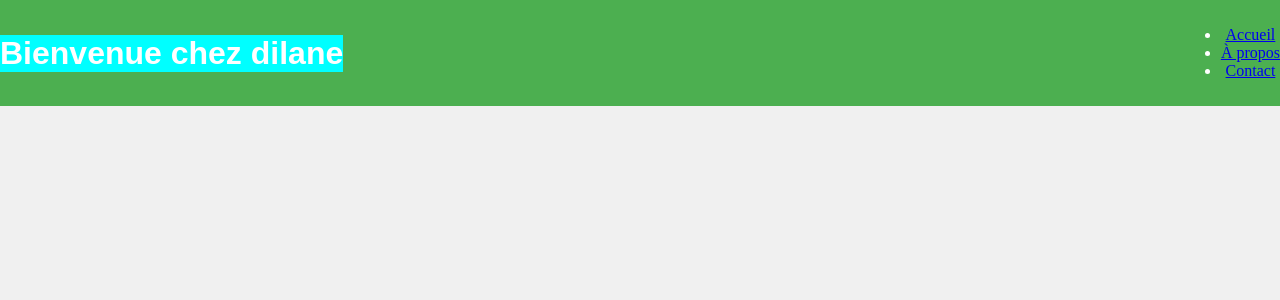
Repository: prestige225/prestige_services_et_finances
Page: app.html
An editor plug-in stored every save of this project. The page is shown before and after the next save, followed by the edit.
The browser window is 1280 px wide. The pictures show the whole page.

Above is the page before, as saved 2025-06-01 17:38:19.

After the next save:
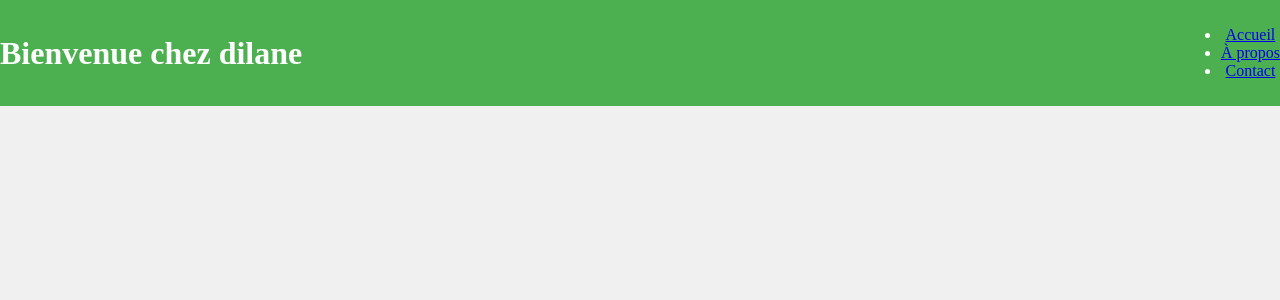
Saved 4 min 22 s later.
--- a/app.html
+++ b/app.html
@@ -22,8 +22,8 @@
             header h1 {
             margin: 0;
             font-size: bold 24px;
-            background-color: aqua;
-            font-family: Arial, sans-serif;
+            /* background-color: aqua; */
+            /* font-family: Arial, sans-serif; */
             }
     </style>
     <title>APPPP</title>
